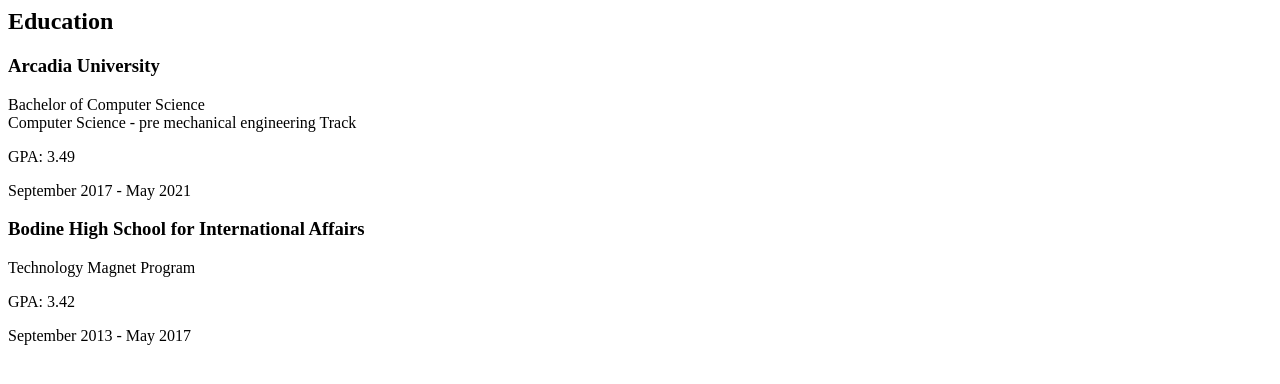
Repository: rchilders4/rchilders4.github.io
Page: RChilders/_includes/edu.html
The author's editor kept a record of every edit. The page is drawn from the files as they stood at one moment, then again after the next edit.
The browser window is 1280 px wide. The pictures show the whole page.

Above is the page before.

After the next edit:
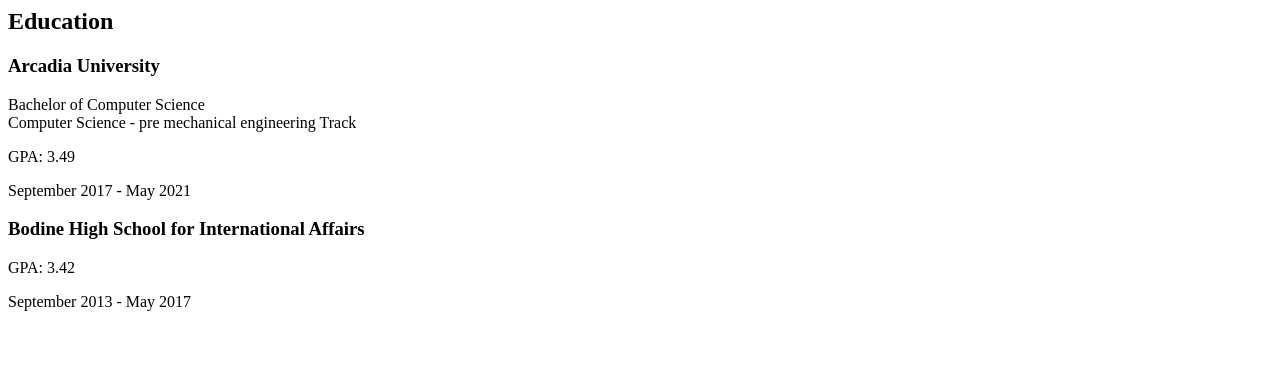
The edit:
--- a/RChilders/_includes/edu.html
+++ b/RChilders/_includes/edu.html
@@ -17,7 +17,6 @@
         <div class="resume-item d-flex flex-column flex-md-row justify-content-between">
           <div class="resume-content">
             <h3 class="mb-0">Bodine High School for International Affairs</h3>
-            <div class="subheading mb-3">Technology Magnet Program</div>
             <p>GPA: 3.42</p>
           </div>
           <div class="resume-date text-md-right">
